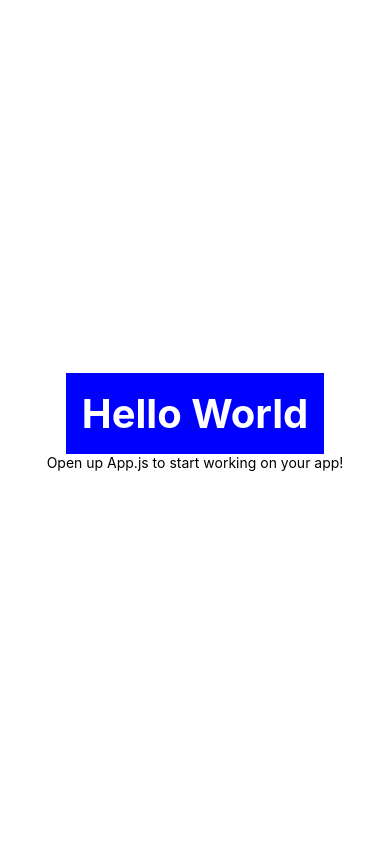
Repository: hirano-step/MemoApp
Screen: /
An editor plug-in stored every save of this project. The screen is shown before and after the next save, followed by the edit.
The app was drawn by React Native's web renderer in a window 390 px wide. The project was rebuilt for these pictures with package versions that can differ from the ones it lists, and the page was loaded fresh each time.

Above is the screen before, as saved 2023-01-10 15:05:58.

After the next save:
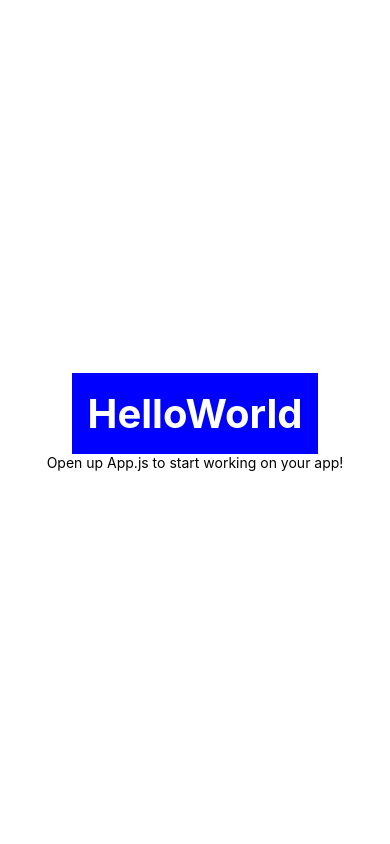
Saved 28 s later.
--- a/src/components/Hello.jsx
+++ b/src/components/Hello.jsx
@@ -7,7 +7,8 @@
 return (
     <View>
         <Text style={styles.text}>
-            Hello {children}
+            Hello
+            {children}
             </Text>
     </View>
     );

After the save that followed:
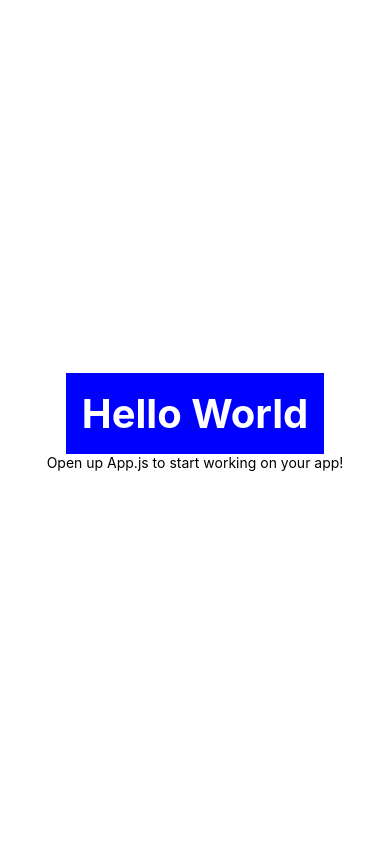
Saved 111 s later.
--- a/src/components/Hello.jsx
+++ b/src/components/Hello.jsx
@@ -7,8 +7,7 @@
 return (
     <View>
         <Text style={styles.text}>
-            Hello
-            {children}
+            {`Hello ${children}`}
             </Text>
     </View>
     );
